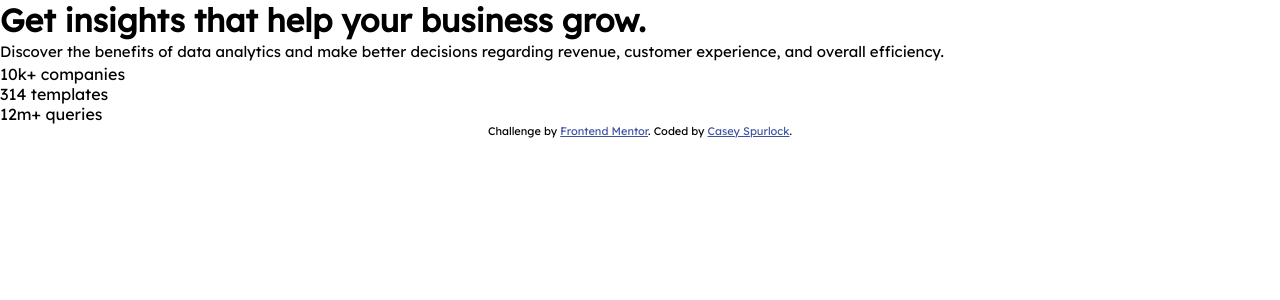
Repository: CaseySpurlock/stats-prewiew-component
Page: index.html
The author's editor kept a copy of each file at every save. The page is drawn from the files as they stood at one save, then again after the next save.
The browser window is 1280 px wide. The pictures show the whole page.

Above is the page before, as saved 2021-06-22 00:45:03.

### index.html
<!DOCTYPE html>
<html lang="en">
<head>
  <meta charset="UTF-8">
  <meta name="viewport" content="width=device-width, initial-scale=1.0"> <!-- displays site properly based on user's device -->

  <link rel="icon" type="image/png" sizes="32x32" href="./images/favicon-32x32.png">

  <title>Frontend Mentor | Stats preview card component</title>

  <link rel="stylesheet" href="styles.css">
  <link rel="preconnect" href="https://fonts.googleapis.com">
  <link rel="preconnect" href="https://fonts.gstatic.com" crossorigin>
  <link href="https://fonts.googleapis.com/css2?family=Inter:wght@400;700&family=Lexend+Deca&display=swap" rel="stylesheet">

</head>

<body>

  <div class="hero">
    <h1 class="head">Get <span>insights</span> that help your business grow.</h1>

    <p>Discover the benefits of data analytics and make better decisions regarding revenue, customer
      experience, and overall efficiency.</p>
  </div>
  <div class="stat-head">
    <ul class="row">
      <li>10k+ companies</li>
      <li>314 templates</li>
      <li>12m+ queries</li>
    </ul>
  </div>



  <div class="attribution">
    Challenge by <a href="https://www.frontendmentor.io?ref=challenge" target="_blank">Frontend Mentor</a>.
    Coded by <a href="#">Casey Spurlock</a>.
  </div>
</body>
</html>

### styles.css
:root {
    --Very-dark-blue: hsl(233, 47%, 7%);
    --Dark-desaturated-blue: hsl(244, 38%, 16%);
    --Soft-violet: hsl(277, 64%, 61%);
    --White: hsl(0, 0%, 100%);
    --Slightly-transparent -white: hsla(0, 0%, 100%, 0.75);
    --Slightly-transparent-white: hsla(0, 0%, 100%, 0.6);
}

* {
    margin: 0;
    padding: 0;
    box-sizing: border-box;
}

body {
    font-family: "lexend deca", sans-serif;
}

p {
    font-size: 15px;
    line-height: 1.6;
}

.attribution {
    font-size: 11px;
    text-align: center;
}
.attribution a {
    color: hsl(228, 45%, 44%);
}

After the next save:
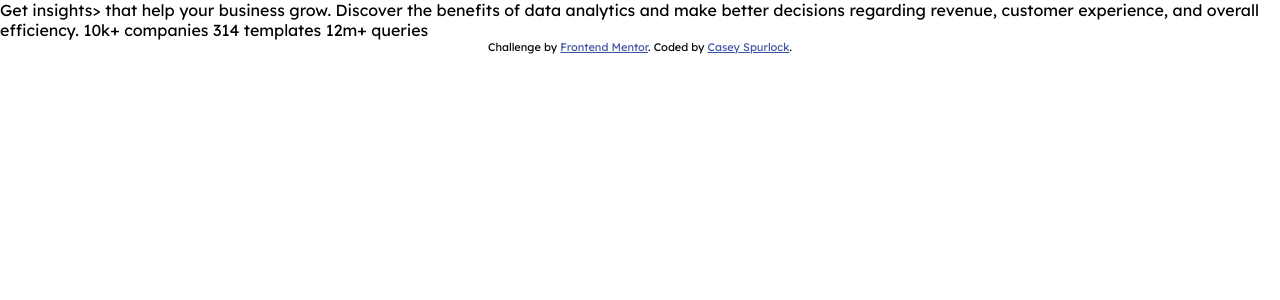
Saved 2 min 30 s later.
--- a/index.html
+++ b/index.html
@@ -17,19 +17,17 @@
 
 <body>
 
-  <div class="hero">
-    <h1 class="head">Get <span>insights</span> that help your business grow.</h1>
+  <div class="container">
+      Get insights> that help your business grow.
 
-    <p>Discover the benefits of data analytics and make better decisions regarding revenue, customer
-      experience, and overall efficiency.</p>
-  </div>
-  <div class="stat-head">
-    <ul class="row">
-      <li>10k+ companies</li>
-      <li>314 templates</li>
-      <li>12m+ queries</li>
-    </ul>
-  </div>
+      Discover the benefits of data analytics and make better decisions regarding revenue, customer
+      experience, and overall efficiency.
+
+      10k+ companies
+      314 templates
+      12m+ queries
+    </div>
+
 
 
 
